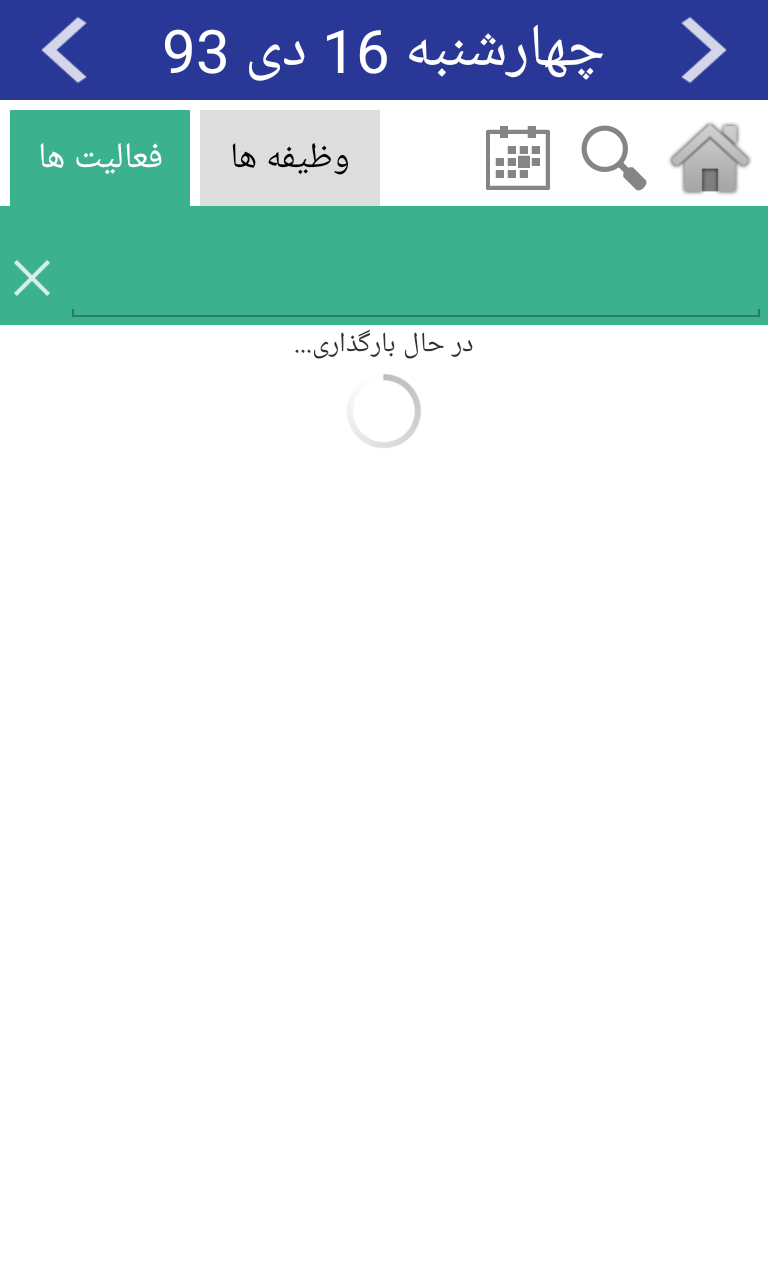
Repository: AtiehPardaz/CRM-Mobile
Layout: Crm-Mobile/res/layout/activity_task_action.xml
The author's editor kept a copy of each file at every save. The layout is drawn from the files as they stood at one save, then again after the next save.
It is drawn on a 768 x 1280 px phone screen (xhdpi) without system bars, with theme android:Theme.Holo.Light.NoActionBar.Fullscreen; the app's code is not run. Lists and similar views that code fills are empty.

Above is the layout before, as saved 2015-02-23 12:58:52.

### Crm-Mobile/res/layout/activity_task_action.xml
<?xml version="1.0" encoding="utf-8"?>
<LinearLayout xmlns:android="http://schemas.android.com/apk/res/android"
    android:layout_width="match_parent"
    android:layout_height="match_parent"
    android:orientation="vertical" >

    <LinearLayout
        android:layout_width="match_parent"
        android:layout_height="50dp"
        android:background="@color/blue_titlecolor"
        android:gravity="center"
        android:orientation="horizontal" >

        <ImageButton
            android:id="@+id/imageButton1"
            android:layout_width="wrap_content"
            android:layout_height="wrap_content"
            android:background="@drawable/ic_action_back_item" />

        <View
            android:id="@+id/View04"
            android:layout_width="0dp"
            android:layout_height="0dp"
            android:layout_weight="1" />

        <TextView
            android:id="@+id/tv_title_monthview_taskaction"
            android:layout_width="wrap_content"
            android:layout_height="wrap_content"
            android:layout_gravity="center"
            android:text="چهارشنبه 16 دی 93"
            android:textAppearance="?android:attr/textAppearanceLarge"
            android:textColor="#ffffff"
            android:textSize="30sp" />

        <View
            android:id="@+id/View03"
            android:layout_width="0dp"
            android:layout_height="0dp"
            android:layout_weight="1" />

        <ImageButton
            android:id="@+id/imageButton2"
            android:layout_width="wrap_content"
            android:layout_height="wrap_content"
            android:background="@drawable/ic_action_next_item" />

    </LinearLayout>

    <View
        android:id="@+id/View02"
        android:layout_width="0dp"
        android:layout_height="5dp" />

    <LinearLayout
        android:layout_width="match_parent"
        android:layout_height="wrap_content"
        android:layout_gravity="right|center"
        android:gravity="right"
        android:orientation="horizontal" >

<Button
    android:id="@+id/btn_action_taskaction"
    android:layout_width="90dp"
    android:layout_height="wrap_content"
    android:layout_gravity="left"
    android:layout_marginLeft="5dp"
    android:background="@color/bg_action_green"
    android:paddingLeft="5dp"
    android:paddingRight="5dp"
    android:text="فعالیت ها"
    android:textColor="#ffffff" />

        <Button
            android:id="@+id/btn_task_taskaction"
            android:layout_width="90dp"
            android:layout_height="wrap_content"
            android:layout_gravity="left"
            android:layout_marginLeft="5dp"
            android:layout_marginRight="5dp"
            android:background="@color/bg_action_gray"
            android:paddingLeft="5dp"
            android:paddingRight="5dp"
            android:text="وظیفه ها" />



        <View
            android:id="@+id/View05"
            android:layout_width="0dp"
            android:layout_height="0dp"
            android:layout_weight="1" />

        <ImageButton
            android:id="@+id/btn_monthview_taskaction"
            android:layout_width="48dp"
            android:layout_height="48dp"
            android:layout_gravity="center"
            android:background="@drawable/taghvim" />

        <ImageButton
            android:id="@+id/btn_search_taskaction"
            android:layout_width="48dp"
            android:layout_height="48dp"
            android:layout_gravity="center"
            android:background="@drawable/search" />

        <ImageButton
            android:id="@+id/btn_home_taskaction"
            android:layout_width="48dp"
            android:layout_height="48dp"
            android:layout_marginRight="5dp"
            android:background="@drawable/home" />
    </LinearLayout>

    <LinearLayout
        android:layout_width="match_parent"
        android:layout_height="wrap_content"
        android:background="@color/bg_action_green"
        android:orientation="vertical" >

        <View
            android:id="@+id/View01"
            android:layout_width="0dp"
            android:layout_height="20dp"
            android:layout_weight="2" />

        <LinearLayout
            android:id="@+id/ll_search_taskaction"
            android:layout_width="match_parent"
            android:layout_height="wrap_content"
            android:layout_weight="2"
            android:visibility="visible" >

            <ImageButton
                android:id="@+id/imgbtn_clearsearch_taskaction"
                android:layout_width="32dp"
                android:layout_height="32dp"
                android:background="@drawable/cancel" />

            <EditText
                android:id="@+id/et_search_taskaction"
                android:layout_width="match_parent"
                android:layout_height="wrap_content"
                android:layout_weight="2"
                android:ems="10"
                android:gravity="right" />

        </LinearLayout>

    </LinearLayout>

    <LinearLayout
        android:id="@+id/LinearLayout1"
        android:layout_width="match_parent"
        android:layout_height="match_parent"
        android:layout_gravity="center"
        android:gravity="center"
        android:orientation="vertical" >

        <LinearLayout
            android:id="@+id/ll_loading_taskaction"
            android:layout_width="wrap_content"
            android:layout_height="wrap_content"
            android:orientation="vertical"
            android:visibility="visible" >

            <TextView
                android:id="@+id/tv_loadin_taskaction"
                android:layout_width="wrap_content"
                android:layout_height="wrap_content"
                android:gravity="center"
                android:text="در حال بارگذاری..."
                android:visibility="visible" />

            <ProgressBar
                android:id="@+id/progressBar1_taskaction"
                android:layout_width="wrap_content"
                android:layout_height="wrap_content"
                android:layout_gravity="center" />
        </LinearLayout>

        <ListView
            android:id="@+id/lv_task_action"
            android:layout_width="fill_parent"
            android:layout_height="wrap_content"
            android:layout_weight="1"
            android:focusable="false"
            android:visibility="visible" >
        </ListView>
    </LinearLayout>

</LinearLayout>

### Crm-Mobile/res/values/colors.xml
<?xml version="1.0" encoding="utf-8"?>
<resources>

    <color name="first_row_text_color">#000000</color>
    <color name="holidays_text_color">#FF0000</color>
    <color name="first_row_background_color">#DDDDDD</color>

    <!-- solely used on QiblaCompassView -->
    <color name="background_color">#6E97B9</color>
    <color name="marker_color">#FFFFFF</color>
    <color name="text_color">#000000</color>
    <color name="bg_action_green">#3BB18E</color>
    <color name="bg_action_gray"> #dddddd</color>
    <color name="white_color"> #ffffff</color>
    <color name="blue_titlecolor"> #293897</color>

</resources>

After the next save:
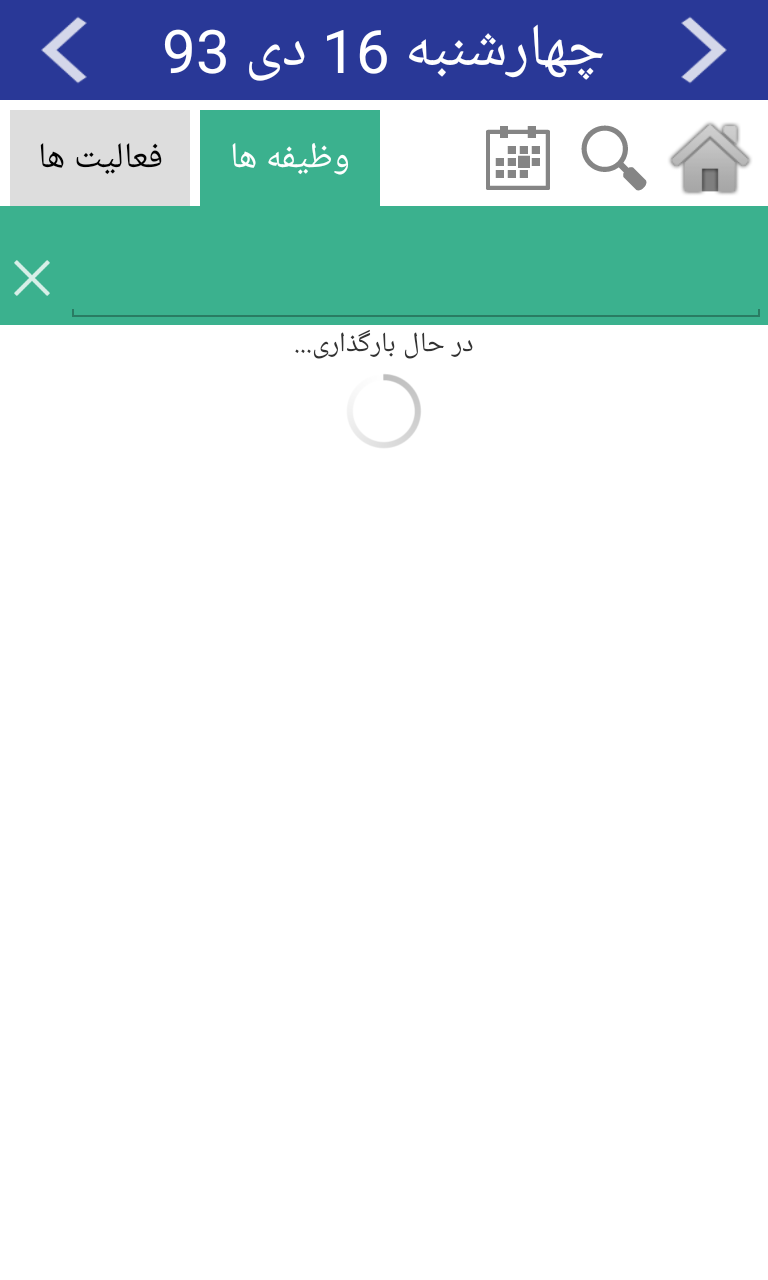
Saved 86 s later.
--- a/Crm-Mobile/res/layout/activity_task_action.xml
+++ b/Crm-Mobile/res/layout/activity_task_action.xml
@@ -59,20 +59,8 @@
         android:gravity="right"
         android:orientation="horizontal" >
 
-<Button
-    android:id="@+id/btn_action_taskaction"
-    android:layout_width="90dp"
-    android:layout_height="wrap_content"
-    android:layout_gravity="left"
-    android:layout_marginLeft="5dp"
-    android:background="@color/bg_action_green"
-    android:paddingLeft="5dp"
-    android:paddingRight="5dp"
-    android:text="فعالیت ها"
-    android:textColor="#ffffff" />
-
         <Button
-            android:id="@+id/btn_task_taskaction"
+            android:id="@+id/btn_action_taskaction"
             android:layout_width="90dp"
             android:layout_height="wrap_content"
             android:layout_gravity="left"
@@ -81,9 +69,20 @@
             android:background="@color/bg_action_gray"
             android:paddingLeft="5dp"
             android:paddingRight="5dp"
-            android:text="وظیفه ها" />
+             android:text="فعالیت ها"
+             />
 
+        <Button
+             android:id="@+id/btn_task_taskaction"
 
+            android:layout_width="90dp"
+            android:layout_height="wrap_content"
+            android:layout_gravity="left"
+            android:background="@color/bg_action_green"
+            android:paddingLeft="5dp"
+            android:paddingRight="5dp"
+           android:text="وظیفه ها"
+            android:textColor="#ffffff" />
 
         <View
             android:id="@+id/View05"
